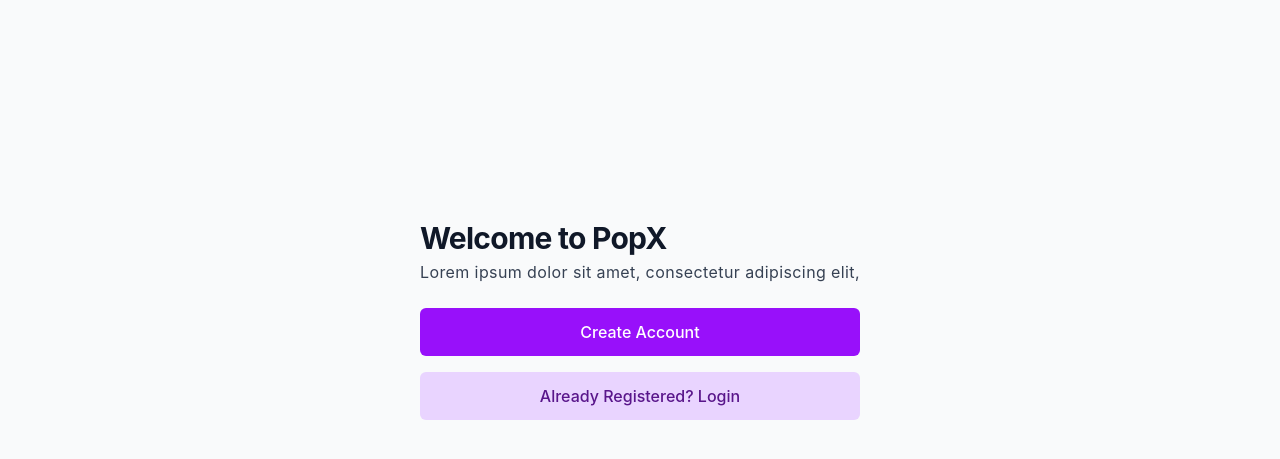
Repository: tanayburbure/inter
Page: /
These files come from the project's save history. The page is drawn as it stood at one moment and after the next save; the edit follows.
The browser window is 1280 px wide. The pictures show the whole page.
The project was rebuilt for these pictures with package versions that can differ from the ones it lists, and the page was loaded fresh each time. Also part of the build but not shown: vite.config.js, src/pages/Login.jsx, src/pages/Signup.jsx, src/pages/Account.jsx.

Above is the page before, as saved 2025-06-17 22:23:41.

### src/index.css
@import "tailwindcss";

body {
  font-family: 'Inter', sans-serif;
}

### src/App.jsx
import React from "react";
import { BrowserRouter as Router, Routes, Route, useLocation, useNavigate } from "react-router-dom";
import Welcome from "./pages/Welcome";
import Login from "./pages/Login";
import Signup from "./pages/Signup";
import Account from "./pages/Account";

function BackButton() {
  const location = useLocation();
  const navigate = useNavigate();

  // Hide the button only on the Welcome page
  if (location.pathname === "/") return null;

  return (
    <button
      onClick={() => navigate(-1)}
      className="absolute top-4 left-4 px-4 py-2 bg-white border border-gray-300 rounded shadow text-sm hover:bg-gray-50"
    >
      ← Back
    </button>
  );
}

export default function App() {
  return (
    <Router>
      <div className="relative min-h-screen bg-gray-100 text-gray-900">
        <BackButton />
        <Routes>
          <Route path="/" element={<Welcome />} />
          <Route path="/login" element={<Login />} />
          <Route path="/signup" element={<Signup />} />
          <Route path="/account" element={<Account />} />
        </Routes>
      </div>
    </Router>
  );
}

### src/pages/Welcome.jsx
import { useNavigate } from 'react-router-dom';

export default function Welcome() {
  const navigate = useNavigate();

  return (
    <div className="min-h-screen md:items-center mg:justify-center lg:items-center lg:justify-center flex flex-col justify-end px-6 py-12 bg-gray-50">
      <div className="mb-20">
        <h1 className="text-3xl font-bold mb-1 tracking-tight">Welcome to PopX</h1>
        <p className="text-md text-gray-700 mb-6 tracking-wide">
          Lorem ipsum dolor sit amet, consectetur adipiscing elit,
        </p>
        <button
          onClick={() => navigate('/signup')}
          className="w-full bg-purple-600 text-white py-3 rounded-md font-medium mb-4"
        >
          Create Account
        </button>
        <button
          onClick={() => navigate('/login')}
          className="w-full bg-purple-200 text-purple-900 py-3 rounded-md font-medium"
        >
          Already Registered? Login
        </button>
      </div>
    </div>
  );
}

Loaded but not shown: index.html (common file); src/main.jsx (common file)

After the next save:
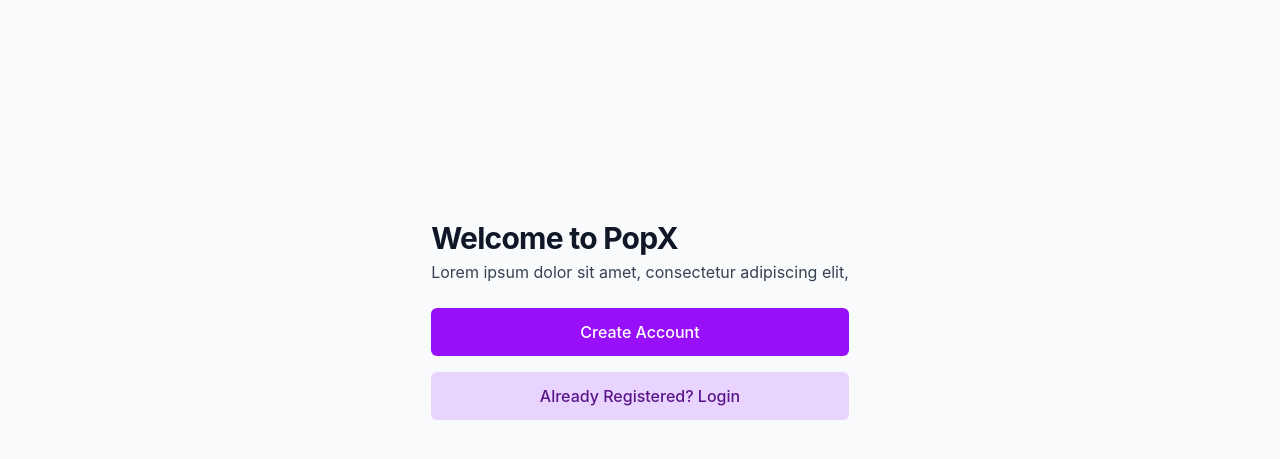
Saved 6 s later.
--- a/src/pages/Welcome.jsx
+++ b/src/pages/Welcome.jsx
@@ -7,7 +7,7 @@
     <div className="min-h-screen md:items-center mg:justify-center lg:items-center lg:justify-center flex flex-col justify-end px-6 py-12 bg-gray-50">
       <div className="mb-20">
         <h1 className="text-3xl font-bold mb-1 tracking-tight">Welcome to PopX</h1>
-        <p className="text-md text-gray-700 mb-6 tracking-wide">
+        <p className="text-md text-gray-700 mb-6 tracking-normal">
           Lorem ipsum dolor sit amet, consectetur adipiscing elit,
         </p>
         <button
